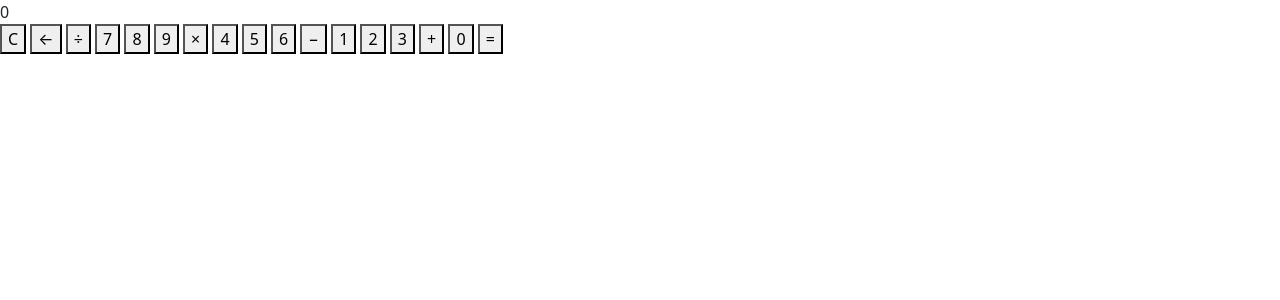
Repository: jgramirez0210/LAB-calculator
Page: index.html
These files come from the project's save history. The page is drawn as it stood at one moment and after the next save; the edit follows.
The browser window is 1280 px wide. The pictures show the whole page.

Above is the page before, as saved 2023-10-10 20:32:47.

### index.html
<!DOCTYPE html>
<html lang="en">
<head>
  <meta charset="UTF-8">
  <meta name="viewport" content="width=device-width, initial-scale=1.0">
  <title>Calculator</title>
  <link href="https://cdn.jsdelivr.net/npm/bootstrap@5.3.2/dist/css/bootstrap.min.css" rel="stylesheet" integrity="sha384-T3c6CoIi6uLrA9TneNEoa7RxnatzjcDSCmG1MXxSR1GAsXEV/Dwwykc2MPK8M2HN" crossorigin="anonymous">
  <link rel="stylesheet" href="main.css">
</head>
<body>
  <div class="calculator-wrapper"></div>
    <div class="display">0</div>
    <button id="clear-btn">C</button>
    <button id="back-btn">←</button>
    <button id="divide-btn">÷</button>
    <button id="7">7</button>
    <button id="8">8</button>
    <button id="9">9</button>
    <button id="multiply">×</button>
    <button id="4">4</button>
    <button id="5">5</button>
    <button id="6">6</button>
    <button id="minus">−</button>
    <button id="1">1</button>
    <button id="2">2</button>
    <button id="3">3</button>
    <button id="add">+</button>
    <button id="0">0</button>
    <button id="=">=</button>
  <script src="https://cdn.jsdelivr.net/npm/bootstrap@5.3.2/dist/js/bootstrap.bundle.min.js" integrity="sha384-C6RzsynM9kWDrMNeT87bh95OGNyZPhcTNXj1NW7RuBCsyN/o0jlpcV8Qyq46cDfL" crossorigin="anonymous"></script>
  <script src="main.js"></script>
</body>
</html>

### main.css
.calculator-wrapper {
 width: 400px;
 display: grid;
 grid-template-columns: repeat(4, 1fr);
 gap: 1px;
 background-color:#ddd;
 margin: 0 auto;
}
#button {
  padding: 20px;
  background-color: #f2f2f2;
  border: 1px solid #ccc;
  text-align: center;
}
.display {
  grid-column: span 4;
  background-color: ;
}

### main.js
console.log("testeroo")

After the next save:
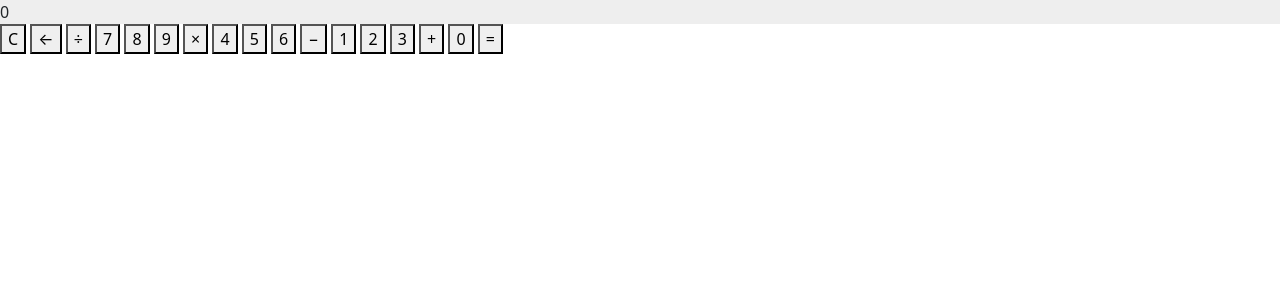
Saved 4 s later.
--- a/main.css
+++ b/main.css
@@ -14,5 +14,5 @@
 }
 .display {
   grid-column: span 4;
-  background-color: ;
+  background-color: #eee;
 }
